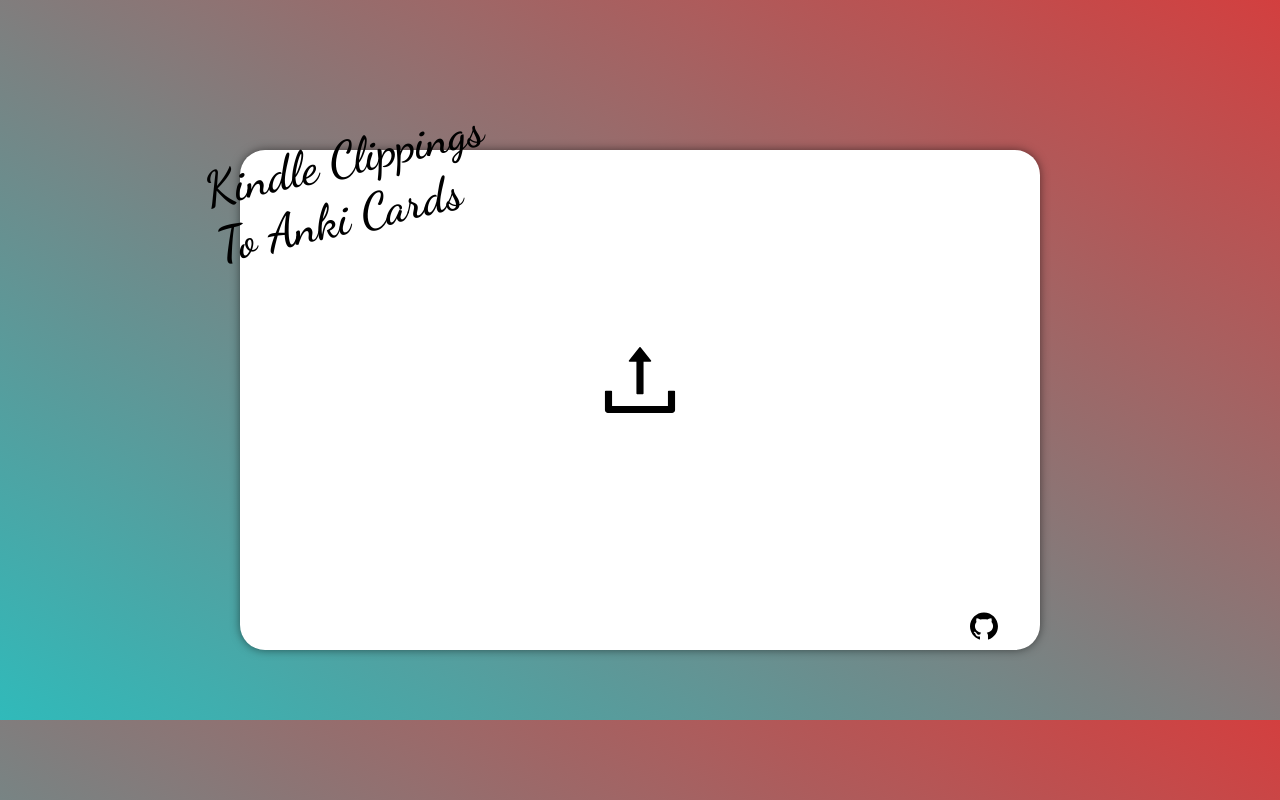
Repository: Lewisjohnward/kindle-clippings-to-cards
Page: /
These files come from the project's save history. The page is drawn as it stood at one moment and after the next save; the edit follows.
The browser window is 1280 px wide. The pictures show the whole page.
Backgrounds fixed to the window are drawn as part of the page. The project was rebuilt for these pictures with package versions that can differ from the ones it lists, and the page was loaded fresh each time.

Above is the page before, as saved 2021-10-29 13:09:34.

After the next save:
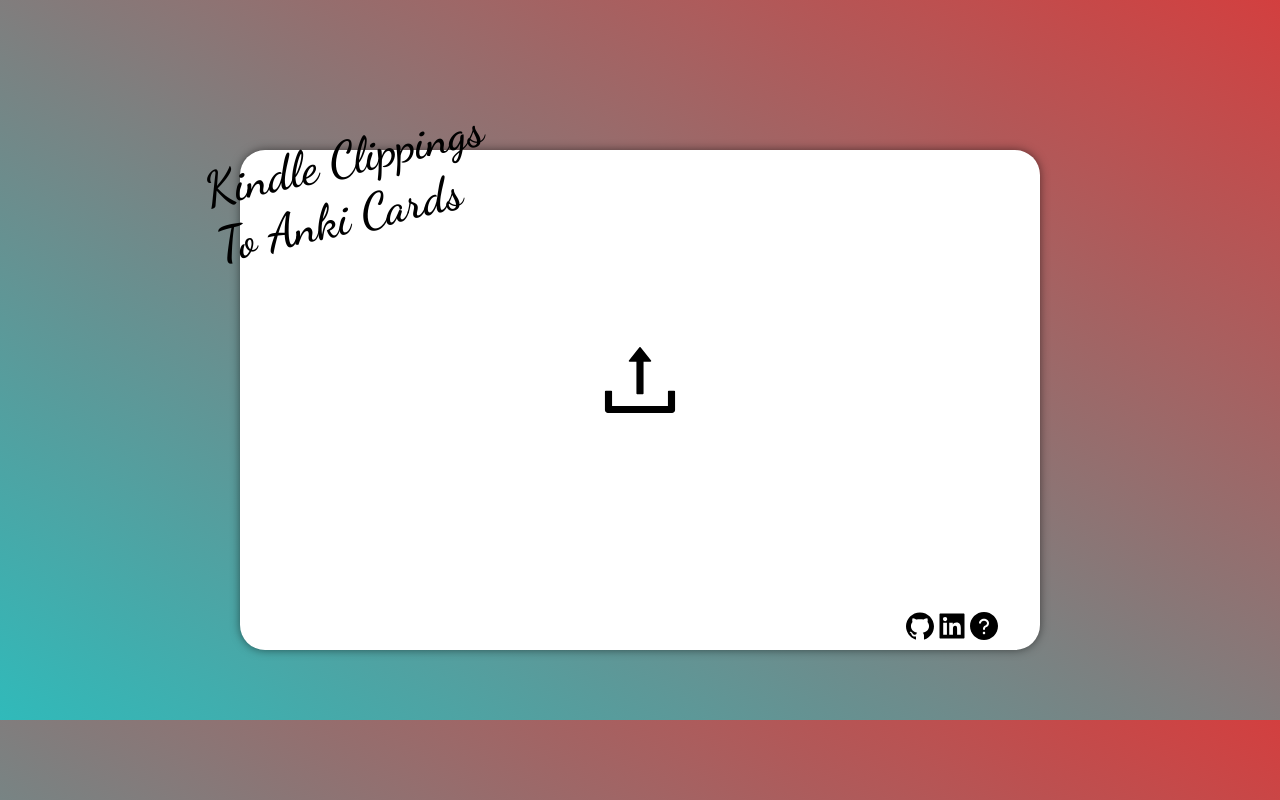
Saved 21 s later.
--- a/src/App.js
+++ b/src/App.js
@@ -115,6 +115,8 @@
           </CenterContainer>
           <ExternalLinkContainer>
             <GithubIcon />
+            <LinkedinIcon />
+            <QuestionIcon />
           </ExternalLinkContainer>
         </MainContainer>
       </Frame>
